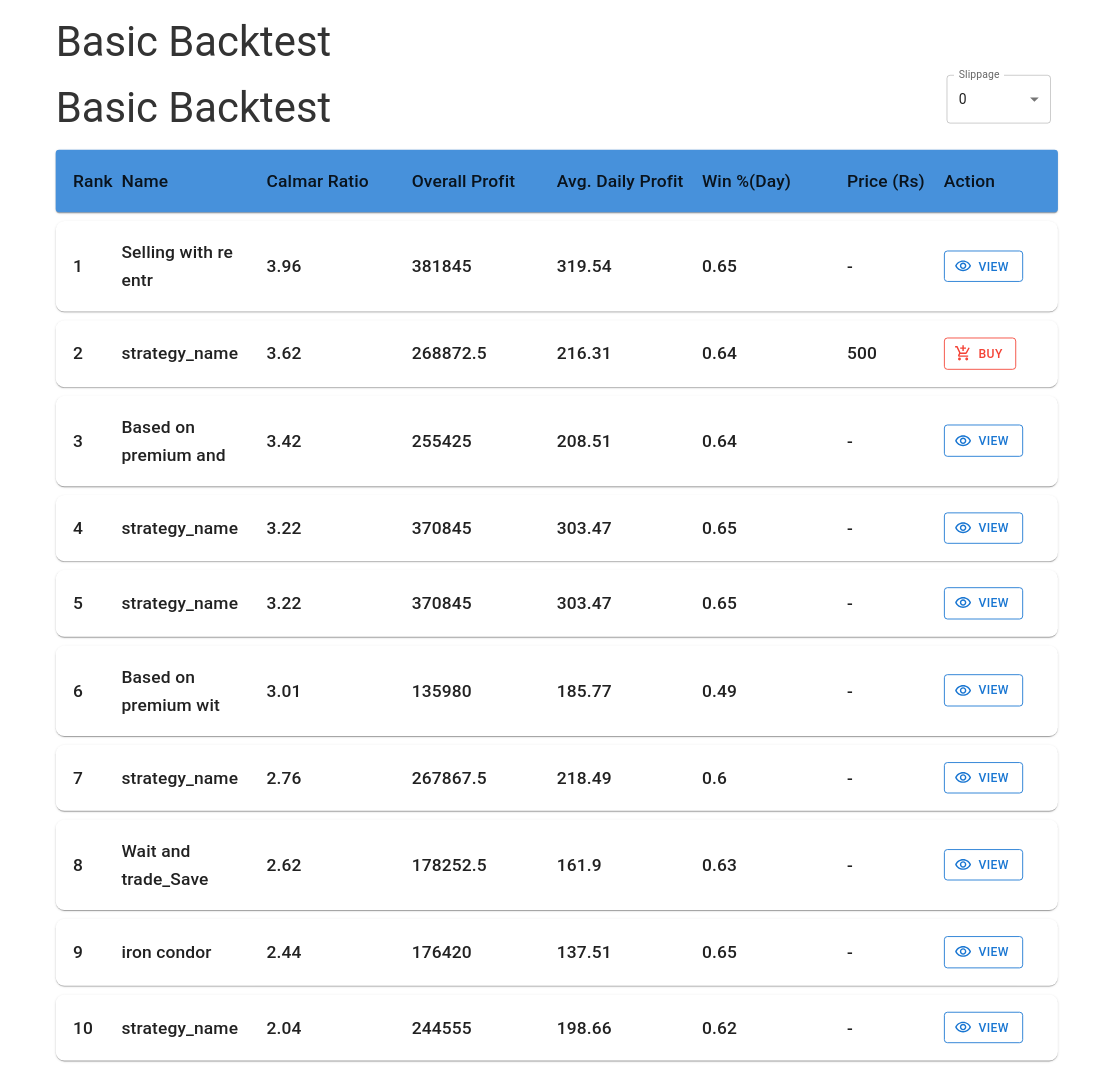
Repository: PraTEEkgUpTa2/Leaderboard
Page: /
The author's editor kept a copy of each file at every save. The page is drawn from the files as they stood at one save, then again after the next save.
The browser window is 1280 px wide. The pictures show the whole page, at 87% of full size.
The project was rebuilt for these pictures with package versions that can differ from the ones it lists, and the page was loaded fresh each time. Also part of the build but not shown: src/App.css.

Above is the page before, as saved 2024-05-28 14:18:09.

After the next save:
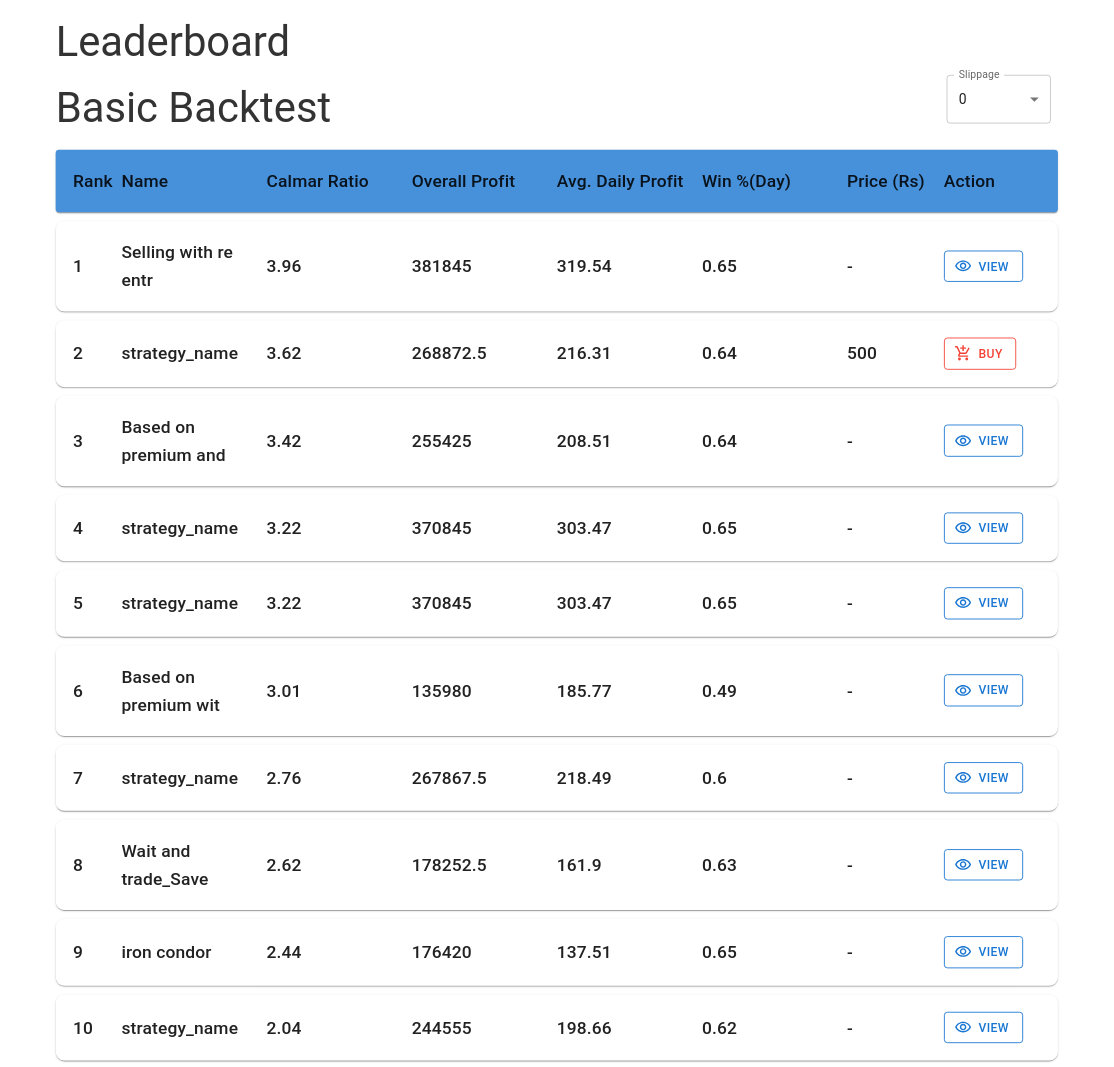
Saved 15 s later.
--- a/src/Leaderboard.js
+++ b/src/Leaderboard.js
@@ -81,7 +81,7 @@ const Leaderboard = () => {
   return (
     <Container>
     <Typography variant="h3" style={{ color: '#333', marginTop: '20px' }}>
-          Basic Backtest
+          Leaderboard
         </Typography>
       <Box display="flex" justifyContent="space-between" alignItems="center">
         <Typography variant="h3" style={{ color: '#333', marginTop: '20px' }}>
